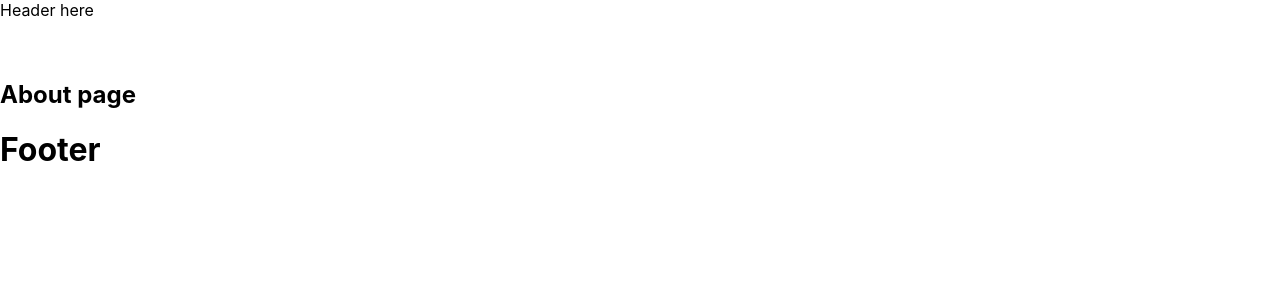
Repository: BinhIT/workflow
Page: /about
An editor plug-in stored every save of this project. The page is shown before and after the next save, followed by the edit.
The browser window is 1280 px wide. The pictures show the whole page.
The project was rebuilt for these pictures with package versions that can differ from the ones it lists, and the page was loaded fresh each time. Also part of the build but not shown: src/components/Layout/Applayout/index.js, src/page/Home/index.js, src/page/Dashboard/index.js.

Above is the page before, as saved 2023-03-05 01:16:36.

After the next save:
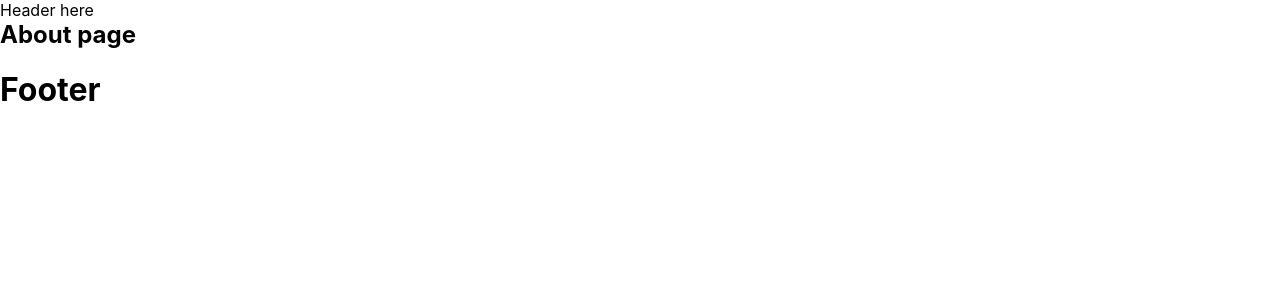
Saved 9 min 32 s later.
--- a/src/components/Layout/component/Header/Header.module.scss
+++ b/src/components/Layout/component/Header/Header.module.scss
@@ -1,3 +1,9 @@
 .wrapper {
-    height: 60px;
+    background-color: rgb(255, 255, 255);
+    cursor: default;
+    position: fixed;
+    top: 0px;
+    transition: background-color 0.5s ease 0s, box-shadow 0.5s ease 0s;
+    width: 100vw;
+    z-index: 100;
 }
